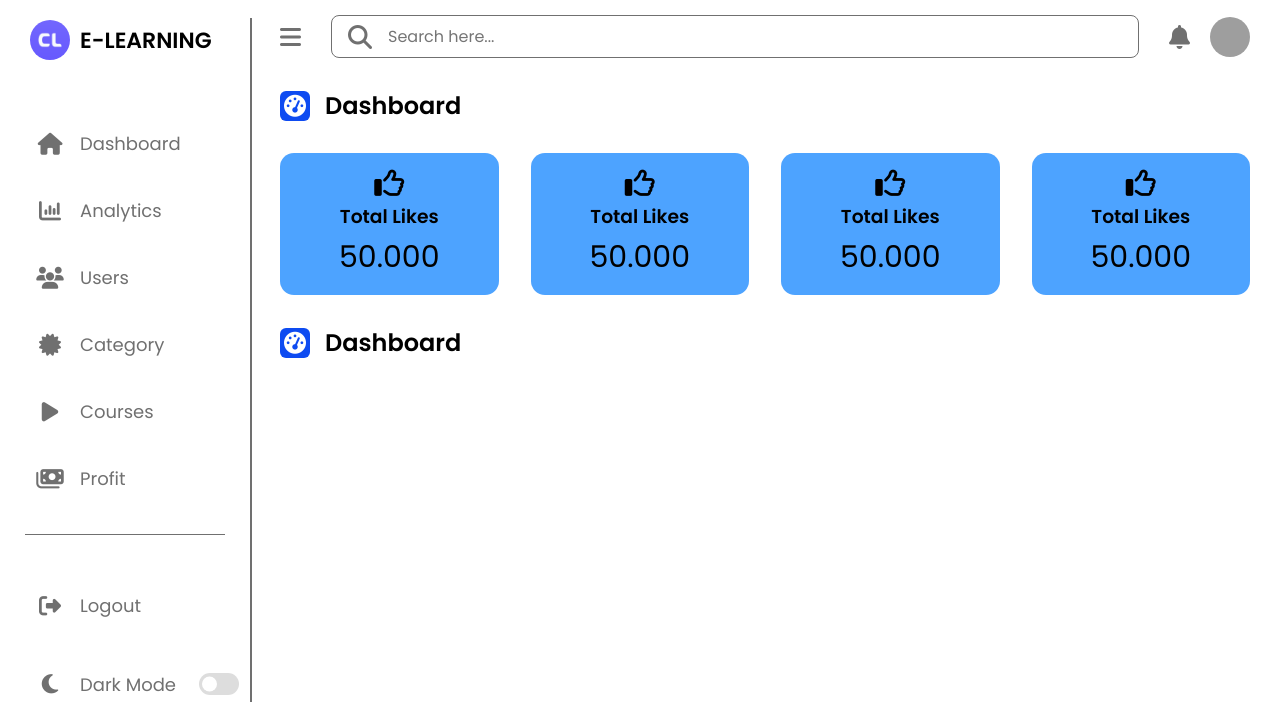
Repository: phamngocthang/practice-html-css
Page: Admin/dist/index.html
These files come from the project's save history. The page is drawn as it stood at one moment and after the next save; the edit follows.
The browser window is 1280 px wide. The pictures show the whole page.
Pictures or frames that could not be fetched are drawn as grey boxes. The style sheet was rebuilt from its Sass, Less or Tailwind sources for each picture, by a compiler version that may differ from the author's.

Above is the page before, as saved 2023-10-25 14:09:26.

### Admin/dist/index.html
<!DOCTYPE html>
<html lang="en">
<head>
    <meta charset="UTF-8">
    <meta name="viewport" content="width=device-width, initial-scale=1.0">
    <title>Document</title>
    <link rel="stylesheet" href="style/main.css">
    <link rel="stylesheet" href="https://cdnjs.cloudflare.com/ajax/libs/font-awesome/6.4.2/css/all.min.css" integrity="sha512-z3gLpd7yknf1YoNbCzqRKc4qyor8gaKU1qmn+CShxbuBusANI9QpRohGBreCFkKxLhei6S9CQXFEbbKuqLg0DA==" crossorigin="anonymous" referrerpolicy="no-referrer" />
</head>
<body>
    <nav>
        <div class="logo">
            <div class="logo__image">
                <img src="/Images/logo.png" alt="">
            </div>

            <span class="logo__name">
                E-LEARNING
            </span>
        </div>

        <div class="menu">
            <ul class="menu__link">
                <li class="menu__link__item"><a href="#">
                    <i class="fa-solid fa-house"></i>
                    <span>Dashboard</span>
                </a></li>
                <li class="menu__link__item"><a href="#">
                    <i class="fa-solid fa-chart-column"></i>
                    <span>Analytics</span>
                </a></li>
                <li class="menu__link__item"><a href="#">
                    <i class="fa-solid fa-users"></i>
                    <span>Users</span>
                </a></li>
                <li class="menu__link__item"><a href="#">
                    <i class="fa-solid fa-certificate"></i>
                    <span>Category</span>
                </a></li>
                <li class="menu__link__item"><a href="#">
                    <i class="fa-solid fa-play"></i>
                    <span>Courses</span>
                </a></li>
                <li class="menu__link__item"><a href="#">
                    <i class="fa-solid fa-money-bills"></i>
                    <span>Profit</span>
                </a></li>
            </ul>

            <ul class="menu__link">
                <li class="menu__link__item"><a href="#">
                    <i class="fa-solid fa-right-from-bracket"></i>
                    <span>Logout</span>
                </a></li>

                <li class="menu__link__item menu__link__item--darkmode"><a href="#">
                        <i class="fa-solid fa-moon"></i>
                        <span>Dark Mode</span>
                        <div class="menu__toggle">
                            <span class="menu__switch"></span>
                        </div>
                    </a>
                </li>
            </ul>
        </div>
    </nav>

    <section class="dashboard">
        <div class="top">
            <i class="fa-solid fa-bars top__bar"></i>
            <div class="top__search-box">
                <i class="fa-solid fa-magnifying-glass"></i>
                <input type="text" placeholder="Search here...">
            </div>
            <div class="top__image">
                <i class="fa-solid fa-bell bell"></i>
                <img src="/Images/avatar.jpg" alt="">
            </div>
        </div>

        <div class="content">
            <div class="overview">
                <div class="title">
                    <div class="title__logo">
                        <i class="fa-solid fa-gauge-high"></i>
                    </div>
                    <h1 class="title__name">Dashboard</h1>
                </div>

                <div class="data">
                    <div class="data__box">
                        <i class="fa-regular fa-thumbs-up data__box__icon"></i>
                        <h3 class="data__box__title">Total Likes</h3>
                        <span class="data__box__number">50.000</span>
                    </div>
                    <div class="data__box">
                        <i class="fa-regular fa-thumbs-up data__box__icon"></i>
                        <h3 class="data__box__title">Total Likes</h3>
                        <span class="data__box__number">50.000</span>
                    </div>
                    <div class="data__box">
                        <i class="fa-regular fa-thumbs-up data__box__icon"></i>
                        <h3 class="data__box__title">Total Likes</h3>
                        <span class="data__box__number">50.000</span>
                    </div>
                    <div class="data__box">
                        <i class="fa-regular fa-thumbs-up data__box__icon"></i>
                        <h3 class="data__box__title">Total Likes</h3>
                        <span class="data__box__number">50.000</span>
                    </div>
                </div>
            </div>

            <div class="activity">
                <div class="title">
                    <div class="title__logo">
                        <i class="fa-solid fa-gauge-high"></i>
                    </div>
                    <h1 class="title__name">Dashboard</h1>
                </div>
            </div>
        </div>
    </section>

    <script src="script.js">

    </script>
</body>
</html>

### Admin/dist/script.js
const body = document.querySelector("body");
const modeTogger = document.querySelector(".menu__toggle");
const sideBar = body.querySelector("nav")
const sideBarToggle = body.querySelector(".top__bar");

modeTogger.addEventListener("click", () => {
    body.classList.toggle("dark")
})

sideBarToggle.addEventListener("click", () => {
    sideBar.classList.toggle("close");
})

### Admin/scss/main.scss
@import url('https://fonts.googleapis.com/css2?family=Poppins:wght@200;300;400;500;600&display=swap');
@import 'variables';
* {
    margin: 0;
    padding: 0;
    box-sizing: border-box;
    font-family: 'Poppins', sans-serif;
}

body {
    --primary-color: #{$primary-color};
    --panel-color: #{$panel-color};
    --text-color: #{$text-color};
    --black-light-color: #{$black-light-color};
    --border-color: #{$border-color};
    --toggle-color: #{$toggle-color};
    --box1-color: #{$box1-color};
    --box2-color: #{$box2-color};
    --box3-color: #{$box3-color};
    --title-icon-color: #{$title-icon-color};
    min-height: 100vh;
}

body.dark {
    --primary-color: #3A3B3C;
    --panel-color: #242526;
    --text-color: #FFF;
    --black-light-color: #CCC;
    --border-color: #4D4C4C;
    --toggle-color: #FFF;
    --box1-color: #3A3B3C;
    --box2-color: #3A3B3C;
    --box3-color: #3A3B3C;
    --title-icon-color: #CCC;

    .menu__switch::before {
        left: 20px !important;
    }
}

nav {
    position: fixed;
    width: 250px;
    height: 100%;
    top: 0;
    left: 0;
    background-color: var(--panel-color);
    transition: $tran-05;

    .logo {
        display: flex;
        align-items: center;
        height: 80px;

        &__image {
            min-width: 45px;
            display: flex;
            align-items: center;
            padding-right: 10px;
            min-width: 80px;
            justify-content: flex-end;

            img {
                width: 40px;
                border-radius: 50%;
                object-fit: cover;
            }

        }

        &__name {
            color: var(--text-color);
            font-weight: 600;
            font-size: 22px;
            flex: 1;
            transition: $tran-05;
            white-space: nowrap;
        }
    }

    .menu {
        height: 100%;
        padding: 30px 0px 30px 20px;
        position: relative;


        &::after {
            content: '';
            left: 50%;
            top: 63%;
            width: 80%;
            height: 0.5px;
            transform: translateX(-50%);
            background-color: var(--black-light-color);
            position: absolute;
        }

        &__link {
            list-style: none;
            display: flex;
            flex-direction: column;
            align-items: flex-start;


            &:nth-child(1) {
                height: 70%;
            }


            &__item {
                padding: 20px 0;

                a {
                    text-decoration: none;
                    color: var(--black-light-color);
                    font-size: 18px;
                    display: flex;
                    align-items: center;
                    position: relative;
                    transition: 0.4 ease all;

                    i {
                        min-width: 60px;
                        text-align: center;
                        font-size: 22px;
                    }

                    span {
                        font-weight: 400;
                        transition: $tran-05;
                        white-space: nowrap;
                    }

                    &:hover {
                        color: var(--primary-color);

                        &::before {
                            content: '';
                            width: 5px;
                            height: 5px;
                            border-radius: 50%;
                            background-color: var(--primary-color);
                            position: absolute;
                            transition: 0.4 ease all;
                        }
                    }
                }
            }

            &__item--darkmode {
                display: flex;
                align-items: center;


                .menu__toggle {
                    margin-left: 20px;
                    height: 50px;
                    min-width: 45px;
                    display: flex;
                    align-items: center;
                    justify-content: center;

                    .menu__switch {
                        display: inline-block;
                        border-radius: 25px;
                        position: relative;
                        height: 22px;
                        width: 40px;
                        background-color: var(--toggle-color);

                        &::before {
                            content: '';
                            width: 15px;
                            height: 15px;
                            position: absolute;
                            background-color: var(--title-icon-color);
                            border-radius: 50%;
                            left: 3px;
                            top: 50%;
                            transform: translateY(-50%);
                            transition: $tran-03;
                        }
                    }
                }
            }
        }
    }


}

nav.close {
    width: 90px;

    .menu__link__item {
        span {
            opacity: 0;
            pointer-events: none;
        }
    }

    .logo__name {
        opacity: 0;
        pointer-events: none;
    }

    & ~ .dashboard {
        left: 90px;
        width: calc(100% - 90px);
    }
}

.dashboard {
    background-color: var(--panel-color);
    width: calc(100% - 250px);
    left: 250px;
    min-height: 100vh;
    position: relative;
    padding: 15px 30px 40px;
    transition: $tran-05;

    &::before {
        content: '';
        width: 2px;
        height: 95%;
        background-color: var(--black-light-color);
        left: 0;
        top: 50%;
        transform: translateY(-50%);
        position: absolute;
    }

    .top {
        height: 10%;
        display: flex;
        align-items: center;
        justify-content: space-between;

        i {
            font-size: 24px;
            color: var(--black-light-color);
        }

        &__bar {
            cursor: pointer;
        }

        &__search-box {
            flex: 1;
            width: 100%;
            padding: 8px;
            border-radius: 8px;
            border: 0.4px solid var(--black-light-color);
            margin: 0 30px;
            display: flex;
            align-items: center;

            i {
                font-size: 24px;
                padding: 0 16px 0 8px;
                color: var(--black-light-color);
            }

            input {
                font-size: 16px;
                outline: none;
                border: none;
                height: 100%;
                width: 100%;
                background-color: transparent;
                color: var(--text-color);
            }
        }

        &__image {
            display: flex;
            align-items: center;

            .bell {
                cursor: pointer;
                margin-right: 20px;
            }

            img {
                cursor: pointer;
                width: 40px;
                height: 40px;
                object-fit: cover;
                border-radius: 50%;
            }
        }
    }

    .content {
        margin-top: 30px;
            .title {
                display: flex;
                align-items: center;

                &__logo {
                    height: 30px;
                    width: 30px;
                    display: flex;
                    align-items: center;
                    justify-content: center;
                    background-color: var(--primary-color);
                    border-radius: 6px;
                    margin-right: 15px;

                    i {
                        font-size: 22px;
                        color: var(--panel-color);
                    }
                }

                &__name {
                    color: var(--text-color);
                }
            }

            .data {
                display: flex;
                flex-wrap: wrap;
                margin-top: 30px;
                margin-left: -32px;

                &__box {
                    border-radius: 14px;
                    margin-left: 32px;
                    width: calc(100% / 4 - 32px);
                    display: flex;
                    flex-direction: column;
                    align-items: center;
                    background-color: var(--box1-color);
                    color: var(--text-color);
                    padding: 15px 0;

                    &__icon {
                        font-size: 30px;
                    }

                    &__title {
                        margin: 4px 0;
                    }

                    &__number {
                        font-size: 30px;
                    }
                }
            }

            .activity {
                margin-top: 30px;
            }
    }
}


@media (max-width: 1000px) {
    nav {
        width: 90px;

        .menu__link__item {
            span {
                opacity: 0;
                pointer-events: none;
            }
        }

        .logo__name {
            opacity: 0;
            pointer-events: none;
        }

        & ~ .dashboard {
            left: 90px;
            width: calc(100% - 90px);
        }
    }
}

@media (max-width: 820px) {
    .dashboard {
        .content {
            .data {
                margin-top: 0;
                &__box {
                    width: calc(100% / 2 - 35px);
                    margin-top: 14px;

                    &__icon {
                        font-size: 22px;
                    }

                    &__number {
                        font-size: 24px;
                    }
                }

            }

            .activity {
                margin-top: 14px;
            }
        }
    }
}

@media (max-width: 500px) {
    nav {
        .logo {
            &__image {
                min-width: 70px;
            }
        }
        .menu {
            padding-left: 10px;
        }
    }
    .dashboard {
        &::before {
            left: -8px;
        }
        padding-left: 15px;
        padding-right: 15px;
        .top {
            i {
                display: none;
            }

            &__search-box {
                padding: 8px 4px;
                margin: 0;
                margin-right: 8px;
            }
        }
        .content {
            margin-top: 20px;
            .data {
                margin-left: -15px;
                &__box {
                    width: calc(100% / 2 - 15px);
                    margin-left: 15px;

                    &__icon {
                        font-size: 16px;
                    }

                    &__title {
                        font-size: 16px;
                    }

                    &__number {
                        font-size: 18px;
                    }
                }

            }

            .activity {
                margin-top: 14px;
            }
        }
    }
}

### Admin/scss/_variables.scss
/* ===== Colors ===== */
$primary-color: #0E4BF1;
$panel-color: #FFF;
$text-color: #000;
$black-light-color: #707070;
$border-color: #e6e5e5;
$toggle-color: #DDD;
$box1-color: #4DA3FF;
$box2-color: #FFE6AC;
$box3-color: #E7D1FC;
$title-icon-color: #fff;

/* ====== Transition ====== */
$tran-05: all 0.5s ease;
$tran-03: all 0.3s ease;
$tran-03: all 0.2s ease;

After the next save:
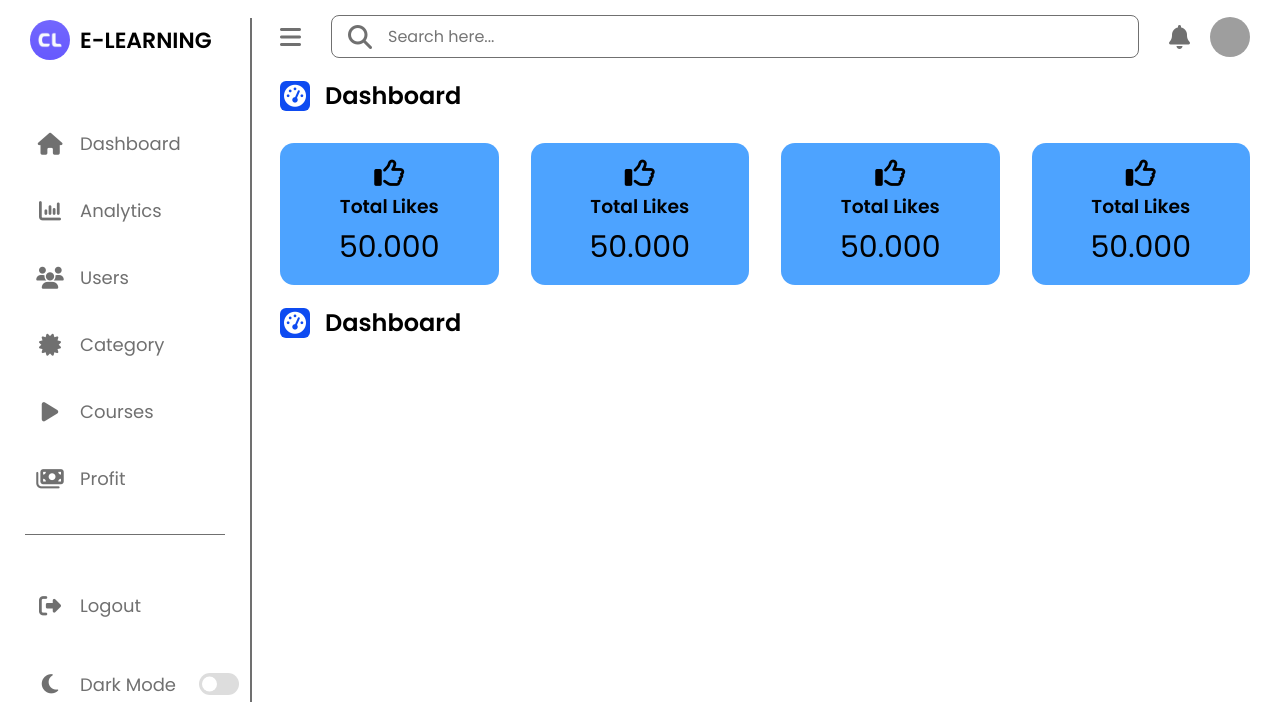
Saved 21 s later.
--- a/Admin/scss/main.scss
+++ b/Admin/scss/main.scss
@@ -292,7 +292,7 @@ nav.close {
     }
 
     .content {
-        margin-top: 30px;
+        margin-top: 20px;
             .title {
                 display: flex;
                 align-items: center;
@@ -350,7 +350,7 @@ nav.close {
             }
 
             .activity {
-                margin-top: 30px;
+                margin-top: 20px;
             }
     }
 }
